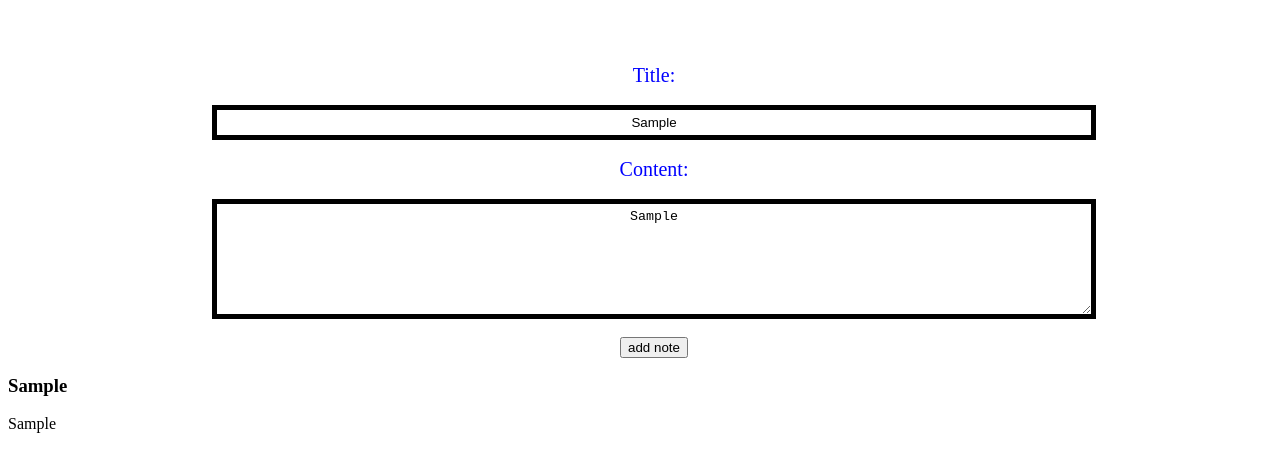
Repository: gabe126679/todo-list
Page: index.html
An editor plug-in stored every save of this project. The page is shown before and after the next save, followed by the edit.
The browser window is 1280 px wide. The page is 1288 px wide, so the pictures cover 1288 px, including what lies to the right of the window. The pictures show the whole page.
Empty fields were first filled with sample values (such as "Sample", 5 or name@example.com).
After loading, the first visible `#note-form` was submitted once.

Above is the page before, as saved 2022-03-15 16:23:01.
Console error: TypeError: Cannot read properties of null (reading 'map')

After the next save:
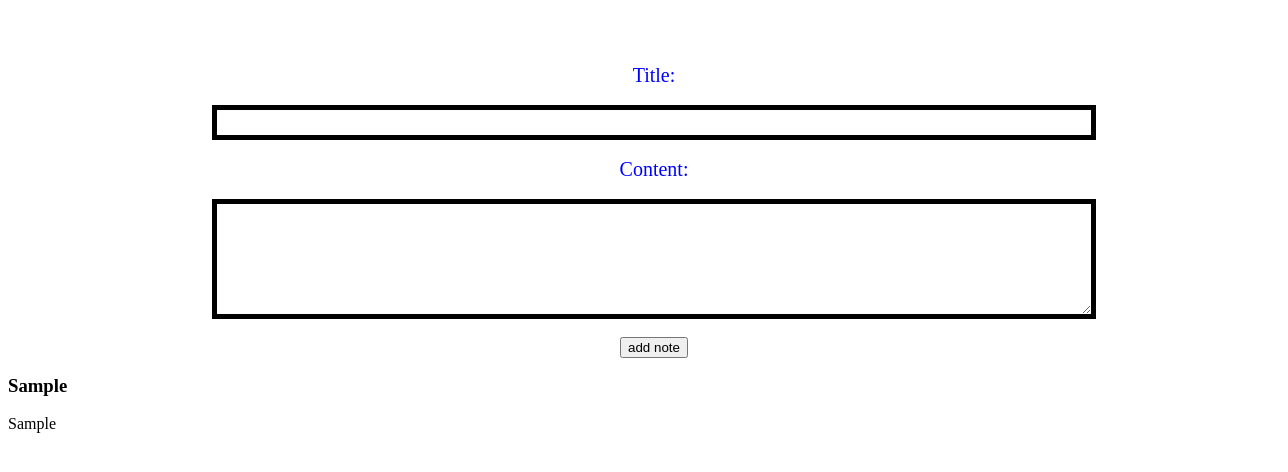
The error is gone.
Saved 34 s later.
--- a/index.html
+++ b/index.html
@@ -79,9 +79,9 @@
 
                 notes.push(note);
 
-                storedNotes.map(note => {
-                    notes.push(note);
-                })
+                // storedNotes.map(note => {
+                //     notes.push(note);
+                // })
 
                 localStorage.setItem("notes", JSON.stringify(notes));
 
